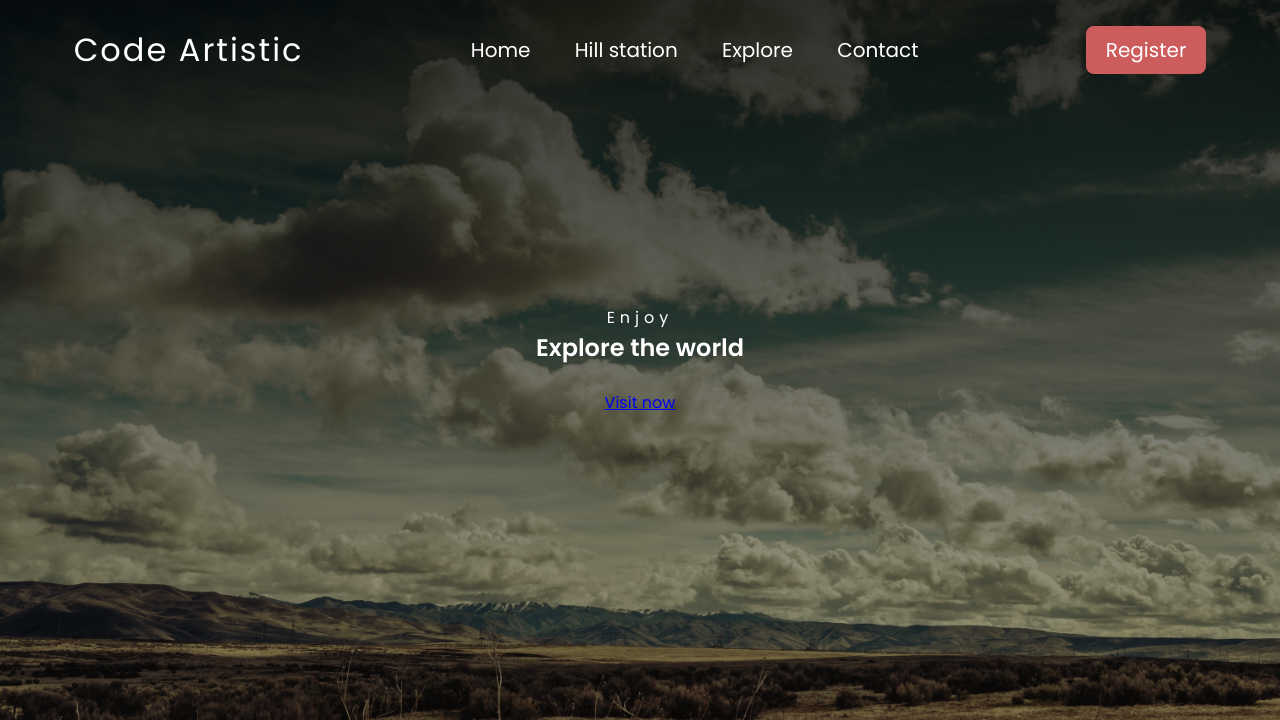
Repository: Ruxmary7/energy
Page: starter/index.html
These files come from the project's save history. The page is drawn as it stood at one moment and after the next save; the edit follows.
The browser window is 1280 px wide. The pictures show the whole page.

Above is the page before, as saved 2025-01-10 22:14:25.

After the next save:
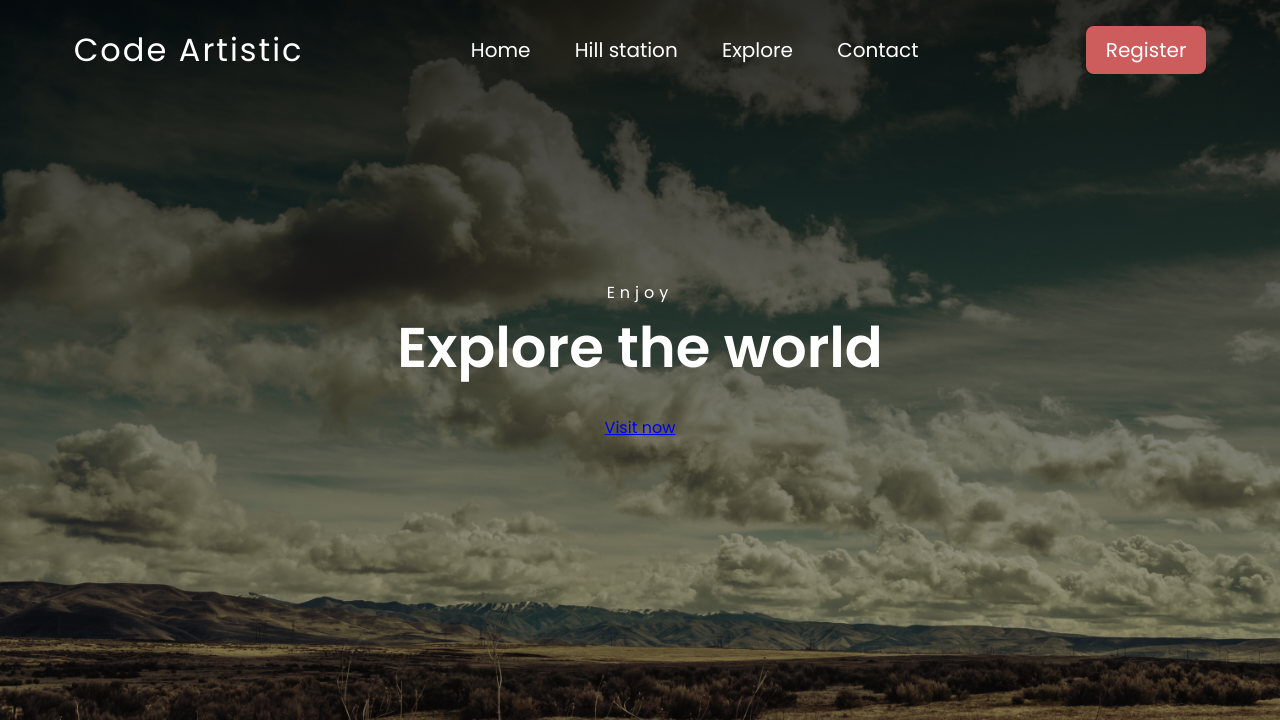
Saved 13 s later.
--- a/starter/style.css
+++ b/starter/style.css
@@ -52,6 +52,6 @@ letter-spacing: 2px;
     letter-spacing: 5px;
  }
  .h-text h1 {
-
+    font-size: 3.5em;
  }
 }
